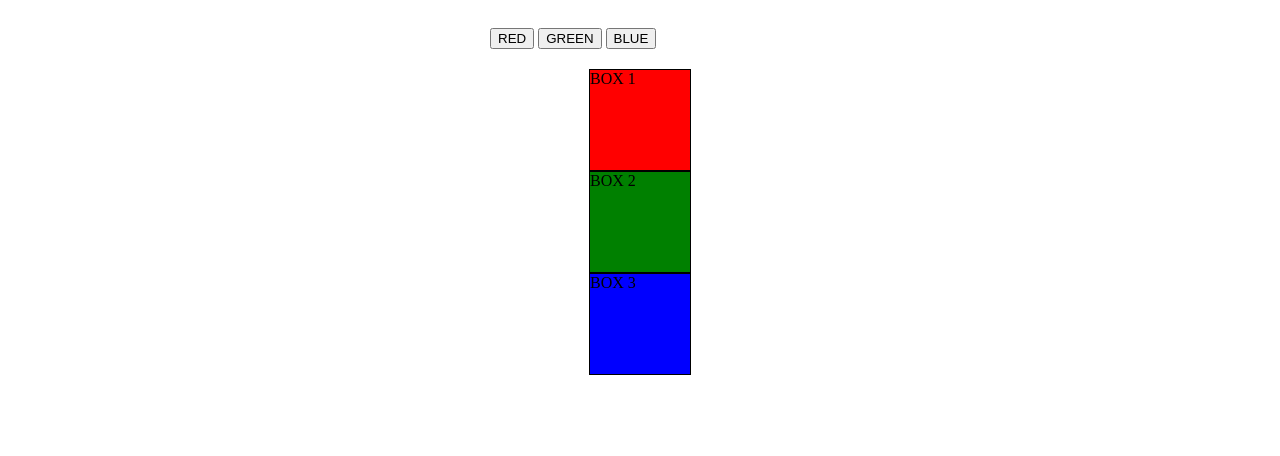
Repository: shinsil0601/webstudy
Page: 03_JavaScript/src/main/webapp/day02/ex15_event.html
An editor plug-in stored every save of this project. The page is shown before and after the next save, followed by the edit.
The browser window is 1280 px wide. The pictures show the whole page.

Above is the page before, as saved 2023-06-28 06:51:20.

### 03_JavaScript/src/main/webapp/day02/ex15_event.html
<!DOCTYPE html>
<html>
<head>
<meta charset="UTF-8">
<title>Insert title here</title>
<style type="text/css">
	.box{
		border: 1px solid black;
		width: 100px;
		height: 100px;
		margin: auto;
	}
</style>
</head>
<body>
	<div style="margin: auto; width: 300px; padding: 20px;">
		<button onclick="setRed()">RED</button>
		<button onclick="setGreen()">GREEN</button>
		<button onclick="setBlue()">BLUE</button>
	</div>
	<div class="box" id="box1" style="background-color: red">BOX 1</div>
	<div class="box" id="box2" style="background-color: green">BOX 2</div>
	<div class="box" id="box3" style="background-color: blue">BOX 3</div>
</body>
</html>

After the next save:
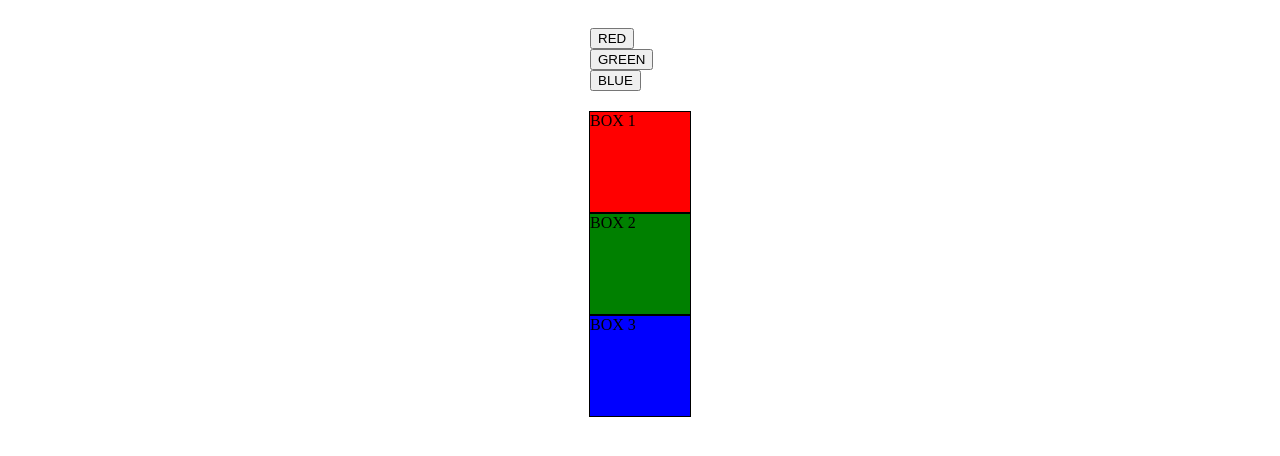
Saved 45 s later.
--- a/03_JavaScript/src/main/webapp/day02/ex15_event.html
+++ b/03_JavaScript/src/main/webapp/day02/ex15_event.html
@@ -13,7 +13,7 @@
 </style>
 </head>
 <body>
-	<div style="margin: auto; width: 300px; padding: 20px;">
+	<div style="margin: auto; width: 100px; padding: 20px;">
 		<button onclick="setRed()">RED</button>
 		<button onclick="setGreen()">GREEN</button>
 		<button onclick="setBlue()">BLUE</button>

After the save that followed:
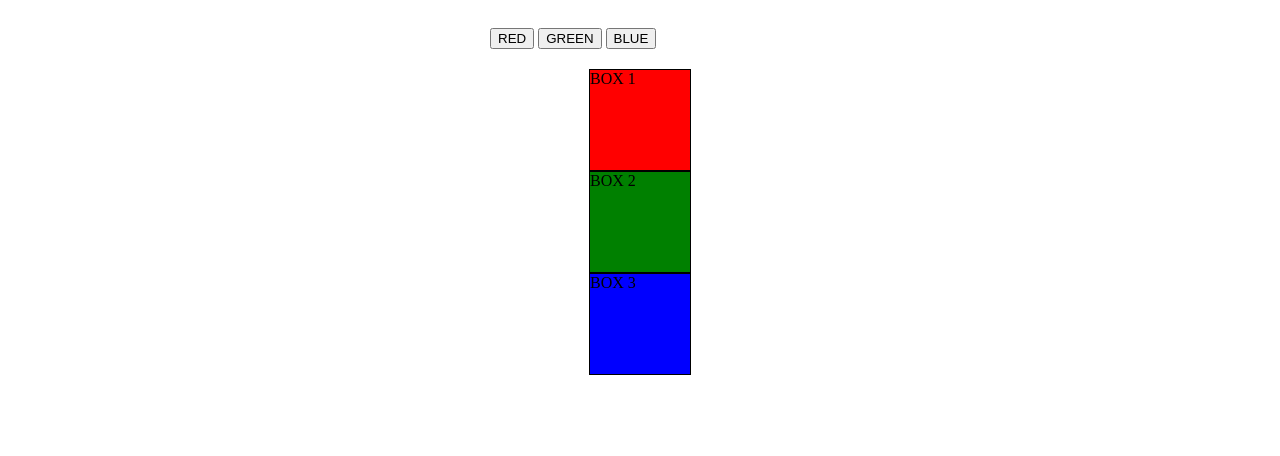
Saved 17 s later.
--- a/03_JavaScript/src/main/webapp/day02/ex15_event.html
+++ b/03_JavaScript/src/main/webapp/day02/ex15_event.html
@@ -13,7 +13,7 @@
 </style>
 </head>
 <body>
-	<div style="margin: auto; width: 100px; padding: 20px;">
+	<div style="margin: auto; width: 300px; padding: 20px;">
 		<button onclick="setRed()">RED</button>
 		<button onclick="setGreen()">GREEN</button>
 		<button onclick="setBlue()">BLUE</button>
